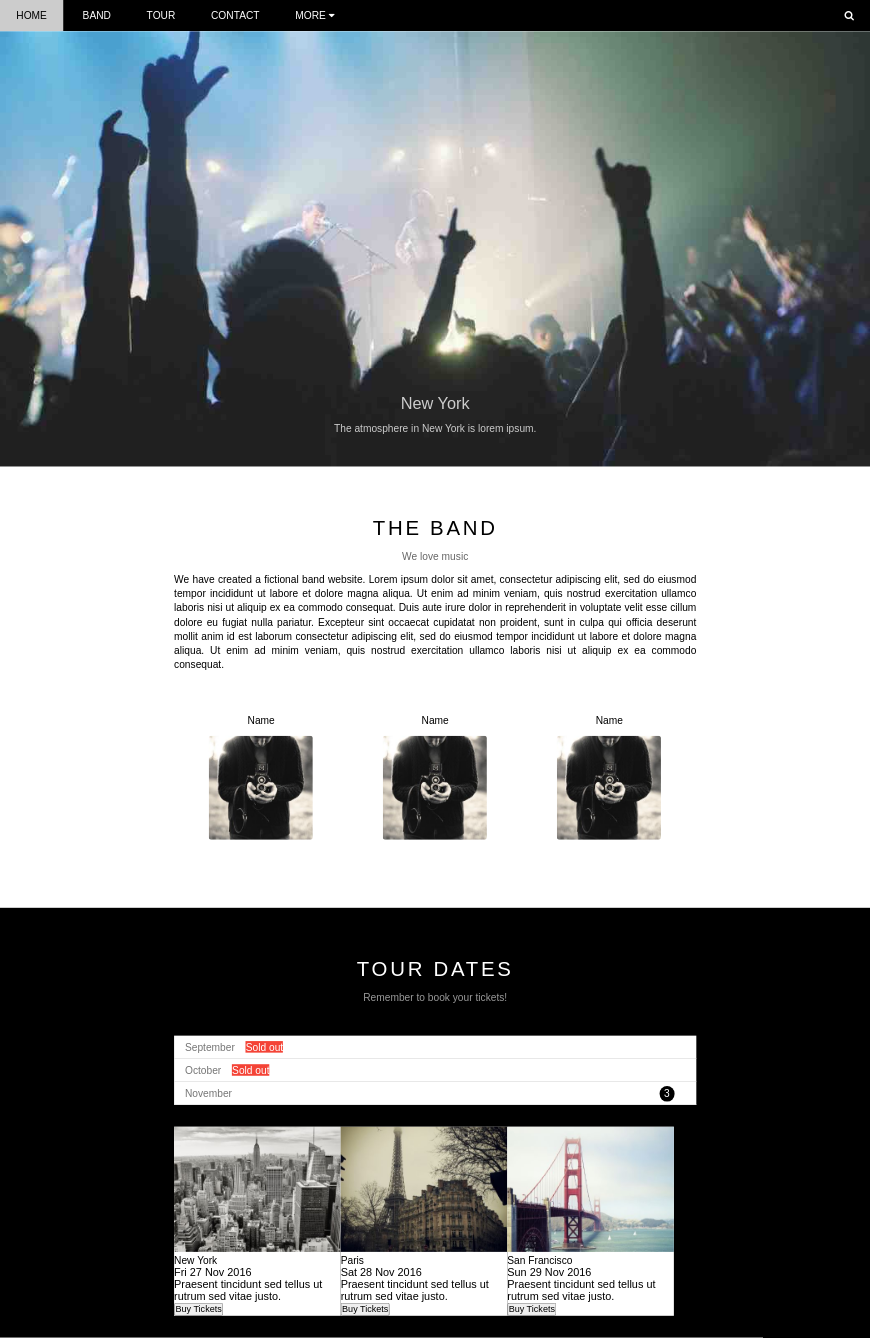
Repository: nguyenhoang2002062929/band
Page: index.html
The author's editor kept a copy of each file at every save. The page is drawn from the files as they stood at one save, then again after the next save.
The browser window is 1280 px wide. The pictures show the whole page, at 68% of full size.

Above is the page before, as saved 2023-06-05 15:14:54.

### index.html
<!DOCTYPE html>
<html lang="en">
<head>
    <meta charset="UTF-8">
    <meta http-equiv="X-UA-Compatible" content="IE=edge">
    <meta name="viewport" content="width=device-width, initial-scale=1.0">
    <title>Bank music   </title>
    <link rel="stylesheet" href="assets/css/style.css">
    <link rel="stylesheet" href="https://cdnjs.cloudflare.com/ajax/libs/font-awesome/4.7.0/css/font-awesome.min.css">
</head>
<body>
    <div class="main">
        <div class="header">
            <ul class="nav">
                <li><a href="">HOME</a></li>
                <li><a href="">BAND</a></li>
                <li><a href="">TOUR</a></li>
                <li><a href="">CONTACT</a></li>
                <li>
                    <a href="" >MORE <i class="fa fa-caret-down"></i></a>
                    <ul class="subnav">
                        <li><a href="">Merchandise</a></li>
                        <li><a href="">Extras</a></li>
                        <li><a href="">Media</a></li>
                    </ul>
                </li>
            </ul>

            <div class="search">
                <a href=""><i class="fa fa-search"></i></a>
            </div>
        </div>

        <div class="slider">
            <div class="text-content">
                <h2 class="text-heading">New York</h2>
                <p class="text-description">The atmosphere in New York is lorem ipsum.</p>
            </div>
        </div>

        <div class="content">
            <div class="about">
                <div class="content-section">
                    <h2 class="section-heading">THE BAND</h2>
                    <p class="section-sub-heading">We love music</p>
                    <p class="section-text">We have created a fictional band website. Lorem ipsum dolor sit amet, consectetur adipiscing elit, sed do eiusmod tempor incididunt ut labore et dolore magna aliqua. Ut enim ad minim veniam, quis nostrud exercitation ullamco laboris nisi ut aliquip ex ea commodo consequat. Duis aute irure dolor in reprehenderit in voluptate velit esse cillum dolore eu fugiat nulla pariatur. Excepteur sint occaecat cupidatat non proident, sunt in culpa qui officia deserunt mollit anim id est laborum consectetur adipiscing elit, sed do eiusmod tempor incididunt ut labore et dolore magna aliqua. Ut enim ad minim veniam, quis nostrud exercitation ullamco laboris nisi ut aliquip ex ea commodo consequat.</p>
                </div>
                <div class="content-member">
                    <div class="member">
                        <div class="member-text">
                            <p>Name</p>
                        </div>
                        <div class="member-img">
                            <img src="./assets/img/member/bandmember.jpg" alt="">
                        </div>
                    </div>
                    <div class="member">
                        <div class="member-text">
                            <p>Name</p>
                        </div>
                        <div class="member-img">
                            <img src="./assets/img/member/bandmember.jpg" alt="">
                        </div>
                    </div>
                    <div class="member">
                        <div class="member-text">
                            <p>Name</p>
                        </div>
                        <div class="member-img">
                            <img src="./assets/img/member/bandmember.jpg" alt="">
                        </div>
                    </div>
                </div>
            </div>

            <!-- tour -->
            <div class="tour">
                <div class="tour-section">
                    <div class="content-section text-while ">
                        <h2 class="section-heading ">TOUR DATES</h2>
                        <p class="section-sub-heading">Remember to book your tickets!</p>
                    </div>
                    <br>

                    <ul class="tickets">
                        <li>September<span class="sold-out">Sold out</span></li>
                        <li>October<span class="sold-out">Sold out</span></li>
                        <li>November<span class="quantity">3</span></li>
                    </ul>

                    <div class="tour-places">
                        <div class="places">
                            <img src="assets/img/places/newyork.jpg" alt="">
                            <div class="places-content">
                                <p class="name">New York</p>
                                <p class="date">Fri 27 Nov 2016</p>
                                <p class="describe">Praesent tincidunt sed tellus ut rutrum sed vitae justo.</p>
                                <button>Buy Tickets</button>
                            </div>

                        </div>
                        <div class="places">
                            <img src="assets/img/places/paris.jpg" alt="">
                            <div class="places-content">
                                <p class="name">Paris</p>
                                <p class="date">Sat 28 Nov 2016</p>
                                <p class="describe">Praesent tincidunt sed tellus ut rutrum sed vitae justo.</p>
                                <button>Buy Tickets</button></div>

                        </div>
                        <div class="places">
                            <img src="assets/img/places/sanfran.jpg" alt="">
                            <div class="places-content">
                                <p class="name">San Francisco</p>
                                <p class="date">Sun 29 Nov 2016</p>
                                <p class="describe">Praesent tincidunt sed tellus ut rutrum sed vitae justo.</p>
                                <button>Buy Tickets</button>
                            </div>

                        </div>
                    </div>
                </div>

            </div>

        </div>

        <div class="footer">

        </div>
    </div>
</body>
</html>

### assets/css/style.css
*{
    margin: 0;
    padding: 0;
    box-sizing: border-box;
}
html{
    font-family: Arial, Helvetica, sans-serif;
}
.text-while{
    color: #fff !important;
}
.header{
    z-index: 1;
    position: fixed;
    height: 46px;
    background-color: #000;
    top: 0;
    left: 0;
    right: 0;
}
.header .nav {
    display: inline-block;
   line-height: 46px;
}
.header .nav > li > a{
    text-decoration: none;
    padding: 0px 24px;
    color: #fff;
    font-size: 15px;
}
.header .nav > li{
    display: inline-block;
    position: relative;
}
.header .nav > li:hover > a{
    display: block;
    color: #000;
    background-color: #ccc;
}
.header .nav .subnav{
    position: absolute;
    display: none;
    background-color: #fff;
    box-shadow: 0 0 10px rgba(0, 0, 0, 0.3) ;
}
.subnav li{
      min-width: 160px;
      list-style-type: none;
}
.nav > li:hover > .subnav{
    display: block;
}
.subnav li:hover a{
    color: #000;
    background-color: #ccc;
}
.subnav a{
    display: block;
    text-decoration: none;
    color: #000;
    padding: 0px 24px;
}
.search{
float: right;
padding: 0 24px;
line-height: 46px;
cursor: pointer;
}
.search a{
    color: rgb(255, 255, 255);
    font-size: 15px;
}
.search:hover{
    color: rgb(255, 255, 255);
    background-color: #f44336!important;
}

.slider{
    position: relative;
    margin-top: 46px;
    padding-top: 50%;
    background: url('../img/slider/slider2.jpg') center top / cover no-repeat;
}
.slider .text-content{
    position: absolute;
    color: #ccc;
    bottom: 0;
    left: 50%;
    transform: translateX(-50%);
    text-align: center;
    padding: 32px 16px;
}
.text-content .text-heading{
    font-size: 24px;
    margin-top: 10px;
    font-weight: 200;
}
.text-content .text-description{
    font-size: 15px;
    margin: 15px 0;
}
.about{
    width: 768px;
   margin-right: auto;
    margin-left: auto;
    padding-bottom: 64px;
}
.content-section{
    text-align: center;
    padding-top: 64px;
    padding-bottom: 15px;
}
.content-section .section-heading{
    font-size: 30px;
    font-weight: 300;
    letter-spacing: 4px;
    margin: 10px;
}
.content-section .section-sub-heading{
    font-size: 15px;
    font-weight: initial;
    margin: 15px;
    opacity: 0.6;
}
.content-section .section-text{
    font-size: 15px;
    text-align: justify;
    line-height: 1.4;
}
.content-member{
    display: flex;
    text-align: center;
    align-items: center;
    padding: 32px 0;
}
.member-text{
    font-size: 15px;
    margin: 15px 0;
}
.member-img img{
    width: 153px;
    border-radius: 4px;
}
.content-member .member{

    width: 33.333%;
}
.tour{
     background-color: #000;
}
.tour-section{
    width: 768px;
    margin-right: auto;
    margin-left: auto;
}
.tickets{
    background-color: #fff;
}
.tickets li{
    border-bottom: 1px solid #ddd;
    padding: 8px 16px;
    font-size: 15px;
    color: rgb(117, 117, 117);
    list-style-type: none;
}
.tickets .sold-out{
    color: #fff;
    background-color: #f44336;
    margin: 16px;
    padding: opx 8px;
}
.tickets .quantity{
    float:right;
    height: 22.5px;
    width: 22.5px;
    margin-right: 16px;
    border-radius: 50%;
    background-color: #000;
    color: #fff;
    text-align: center;
    line-height: 22.5px;
    margin-top: -2px;
}
.tour-places{
    display: flex;
    padding: 32px 0px;

}
.tour-places .places{
    width: 245px;
    background-color: #fff;
}
.places .name{
    font-size: 15px;
}
.places img{
    width: 245px;
}

After the next save:
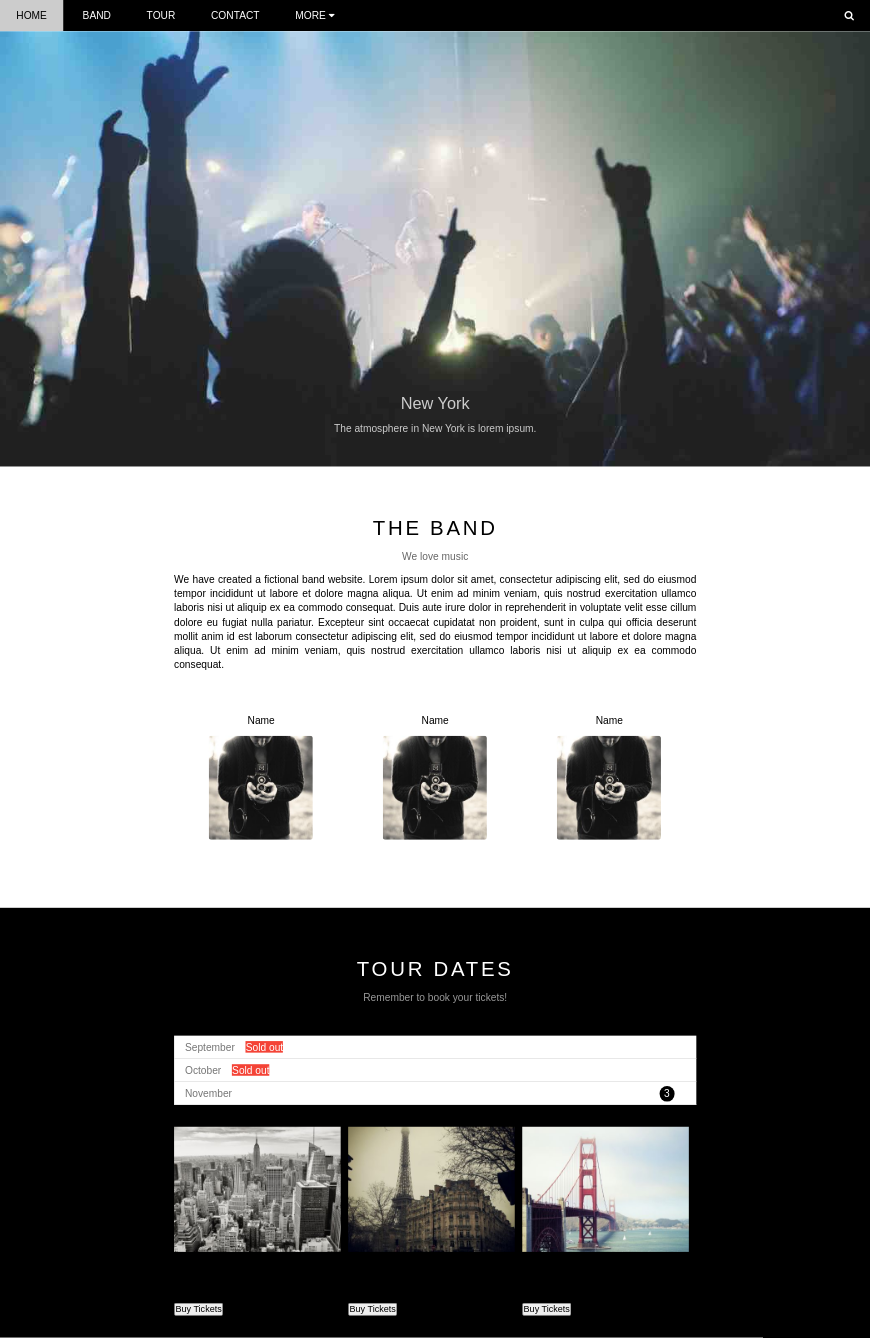
Saved 19 s later.
--- a/assets/css/style.css
+++ b/assets/css/style.css
@@ -187,8 +187,7 @@ cursor: pointer;
 
 }
 .tour-places .places{
-    width: 245px;
-    background-color: #fff;
+    width: 33.33%;
 }
 .places .name{
     font-size: 15px;
